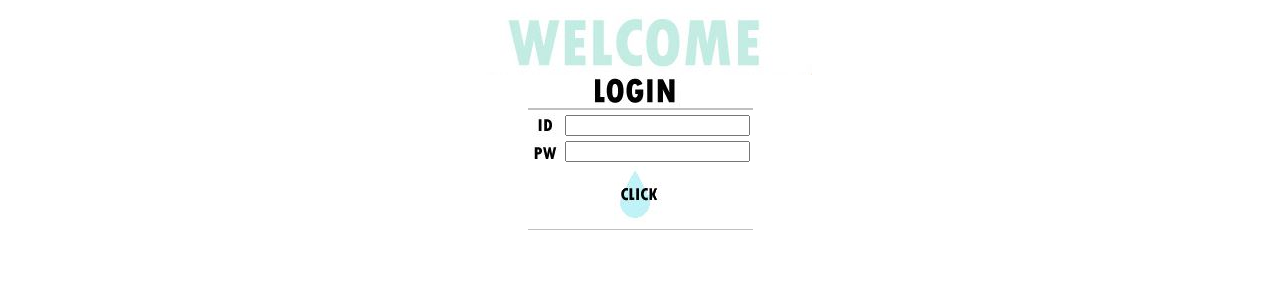
Repository: kminjoo/Making-website-using-JSP
Page: http://localhost/website_project/SessionMemberLogin.jsp
These files come from the project's save history. The page is drawn as it stood at one moment and after the next save; the edit follows.
The browser window is 1280 px wide. The pictures show the whole page.
The page is served by Tomcat 9.

Above is the page before, as saved 2015-07-21 14:05:22.

After the next save:
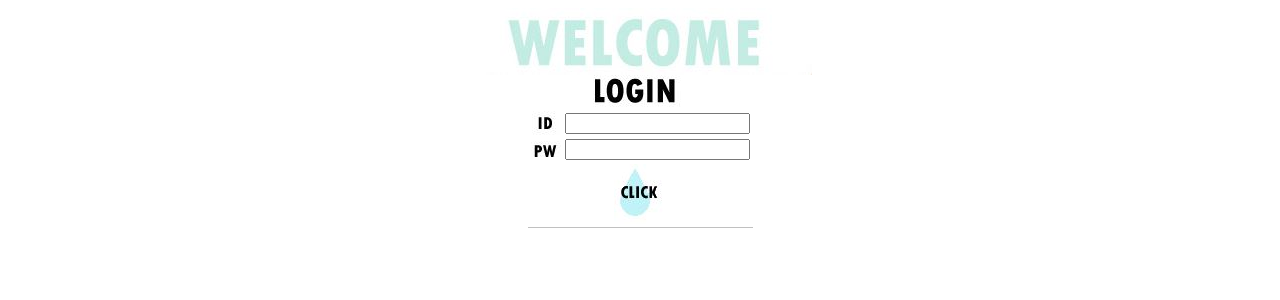
Saved 14 s later.
--- a/website_project/WebContent/style.css
+++ b/website_project/WebContent/style.css
@@ -17,4 +17,4 @@ hr {
     border-color: #EFEFEF;
 }*/
 
-table{table-layout:fixed;border-top:2px solid #c0c0c0;border-bottom:1px solid #c0c0c0;}
+table{table-layout:fixed;border-top:0px solid #c0c0c0;border-bottom:1px solid #c0c0c0;}
